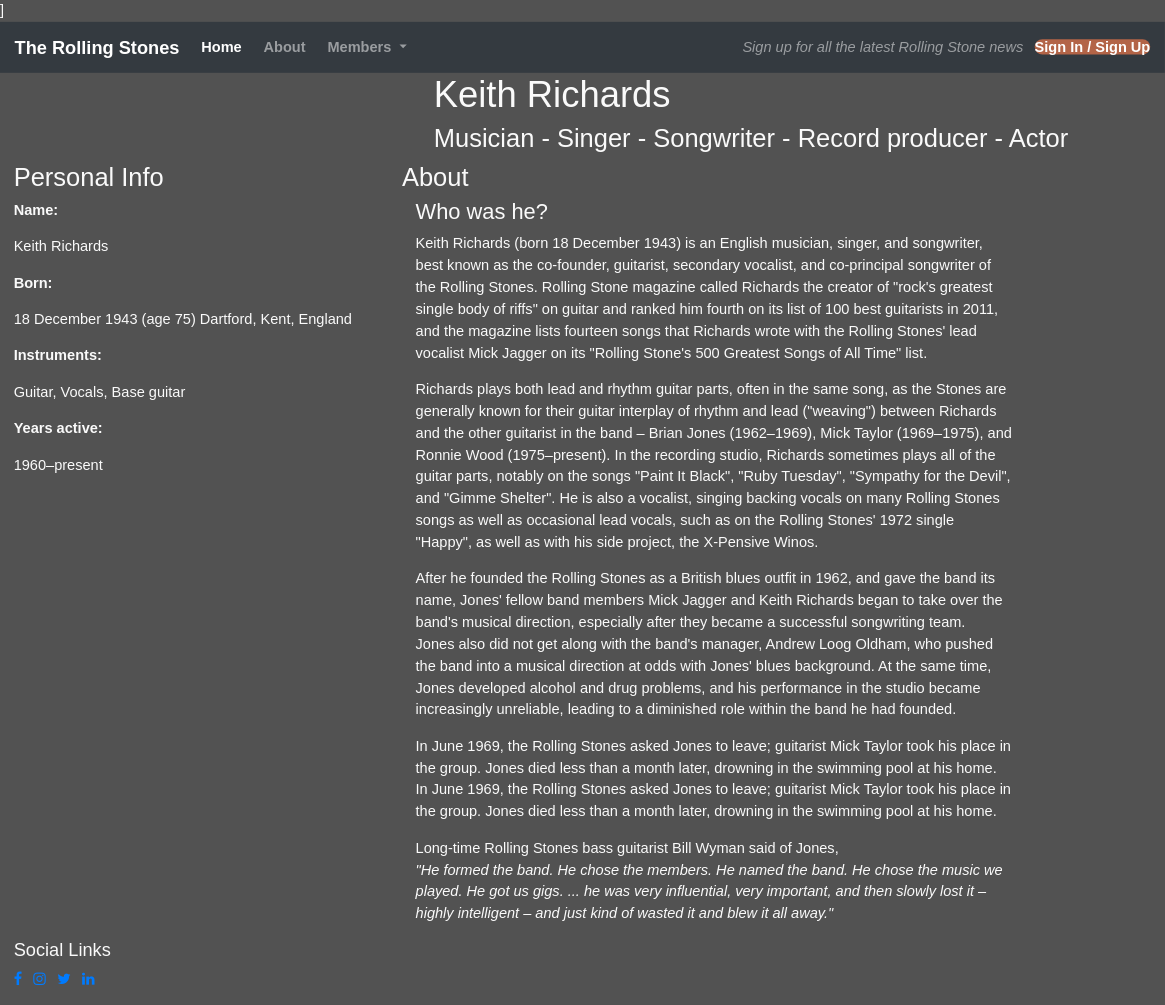
Repository: TecDruid/rolling-stones-fan-site
Page: keith-richards.html
The author's editor kept a record of every edit. The page is drawn from the files as they stood at one moment, then again after the next edit.
The browser window is 1280 px wide. The pictures show the whole page, at 91% of full size.
Some web fonts or font styles are not loaded; a fallback is used. Some web libraries are served in a nearby version.

Above is the page before.

After the next edit:
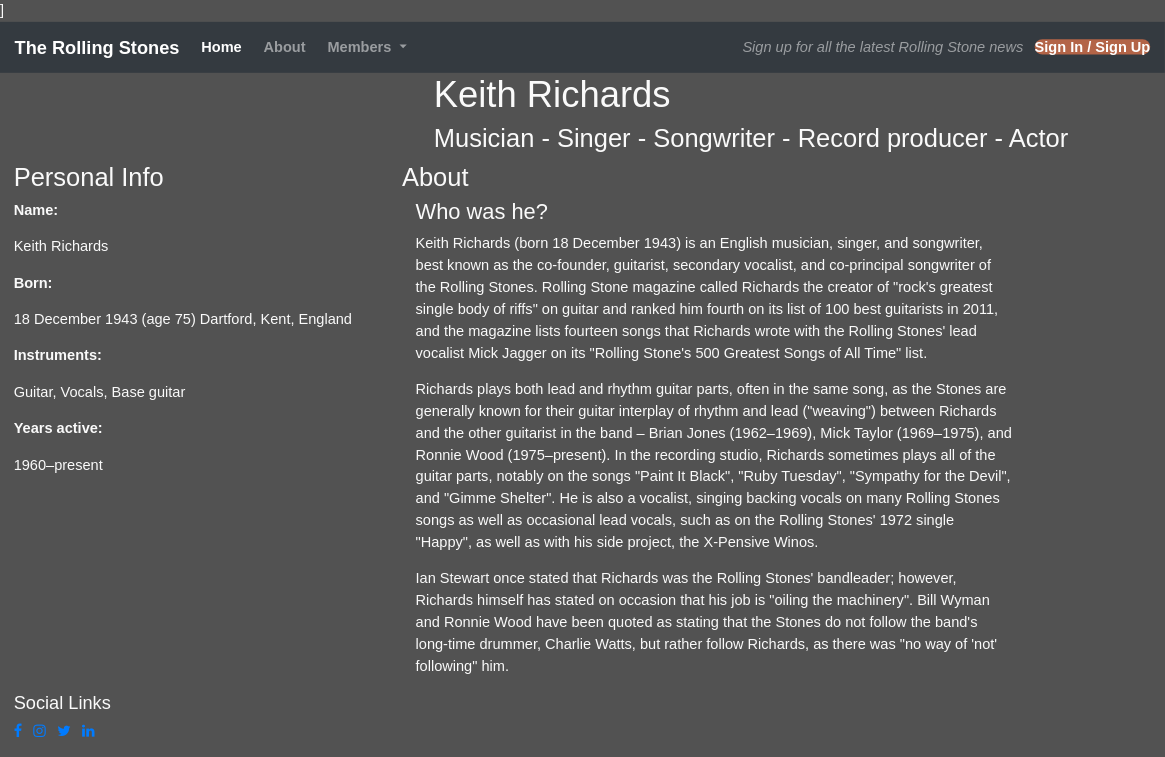
The edit:
--- a/keith-richards.html
+++ b/keith-richards.html
@@ -145,24 +145,19 @@
                 <div class="col-10">
                     <h4 class="three-reasons-heading uppercase">Who was he?</h4>
                     <p>
-                        Keith Richards (born 18 December 1943) is an English musician, singer, and songwriter, best known as the co-founder, guitarist, secondary vocalist, and co-principal songwriter of the Rolling Stones. Rolling Stone magazine called Richards the creator of "rock's greatest single body of riffs" on guitar and ranked him fourth on its list of 100 best guitarists in 2011, and the magazine lists fourteen songs that Richards wrote with the Rolling Stones' lead vocalist Mick Jagger on its "Rolling Stone's 500 Greatest Songs of All Time" list.
+                        Keith Richards (born 18 December 1943) is an English musician, singer, and songwriter, best known as the co-founder, guitarist, secondary vocalist, and co-principal songwriter of the Rolling Stones. Rolling Stone magazine called Richards the creator of
+                        "rock's greatest single body of riffs" on guitar and ranked him fourth on its list of 100 best guitarists in 2011, and the magazine lists fourteen songs that Richards wrote with the Rolling Stones' lead vocalist Mick Jagger on
+                        its "Rolling Stone's 500 Greatest Songs of All Time" list.
                     </p>
 
                     <p>
-                       Richards plays both lead and rhythm guitar parts, often in the same song, as the Stones are generally known for their guitar interplay of rhythm and lead ("weaving") between Richards and the other guitarist in the band – Brian Jones (1962–1969), Mick Taylor (1969–1975), and Ronnie Wood (1975–present). In the recording studio, Richards sometimes plays all of the guitar parts, notably on the songs "Paint It Black", "Ruby Tuesday", "Sympathy for the Devil", and "Gimme Shelter". He is also a vocalist, singing backing vocals on many Rolling Stones songs as well as occasional lead vocals, such as on the Rolling Stones' 1972 single "Happy", as well as with his side project, the X-Pensive Winos.
+                        Richards plays both lead and rhythm guitar parts, often in the same song, as the Stones are generally known for their guitar interplay of rhythm and lead ("weaving") between Richards and the other guitarist in the band – Brian Jones (1962–1969), Mick
+                        Taylor (1969–1975), and Ronnie Wood (1975–present). In the recording studio, Richards sometimes plays all of the guitar parts, notably on the songs "Paint It Black", "Ruby Tuesday", "Sympathy for the Devil", and "Gimme Shelter".
+                        He is also a vocalist, singing backing vocals on many Rolling Stones songs as well as occasional lead vocals, such as on the Rolling Stones' 1972 single "Happy", as well as with his side project, the X-Pensive Winos.
                     </p>
                     <p>
-                        After he founded the Rolling Stones as a British blues outfit in 1962, and gave the band its name, Jones' fellow band members Mick Jagger and Keith Richards began to take over the band's musical direction, especially after they became a successful songwriting
-                        team.
-                        <br/> Jones also did not get along with the band's manager, Andrew Loog Oldham, who pushed the band into a musical direction at odds with Jones' blues background. At the same time, Jones developed alcohol and drug problems, and
-                        his performance in the studio became increasingly unreliable, leading to a diminished role within the band he had founded.
-                    </p>
-                    <p>
-                        In June 1969, the Rolling Stones asked Jones to leave; guitarist Mick Taylor took his place in the group. Jones died less than a month later, drowning in the swimming pool at his home. In June 1969, the Rolling Stones asked Jones to leave; guitarist Mick
-                        Taylor took his place in the group. Jones died less than a month later, drowning in the swimming pool at his home.
-                    </p>
-                    <p>Long-time Rolling Stones bass guitarist Bill Wyman said of Jones, <br/><i>"He formed the band. He chose the members. He named the band. He chose the music we played. He got us gigs. ... he was very influential, very important, and then slowly
-                        lost it – highly intelligent – and just kind of wasted it and blew it all away."</i>
+                        Ian Stewart once stated that Richards was the Rolling Stones' bandleader; however, Richards himself has stated on occasion that his job is "oiling the machinery". Bill Wyman and Ronnie Wood have been quoted as stating that the Stones do not follow the
+                        band's long-time drummer, Charlie Watts, but rather follow Richards, as there was "no way of 'not' following" him.
                     </p>
                 </div>
             </div>
